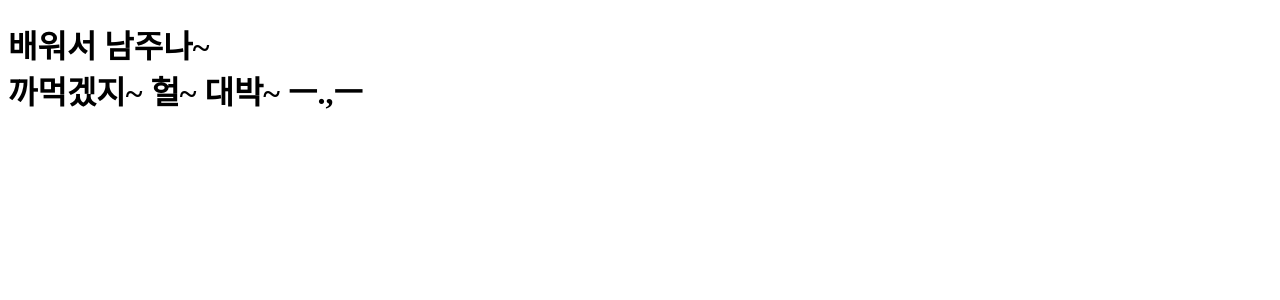
Repository: 10zeroone/study_webbasic
Page: JavaScript/WebContent/task/frameList.html
These files come from the project's save history. The page is drawn as it stood at one moment and after the next save; the edit follows.
The browser window is 1280 px wide. The pictures show the whole page.

Above is the page before, as saved 2014-03-02 23:39:59.

After the next save:
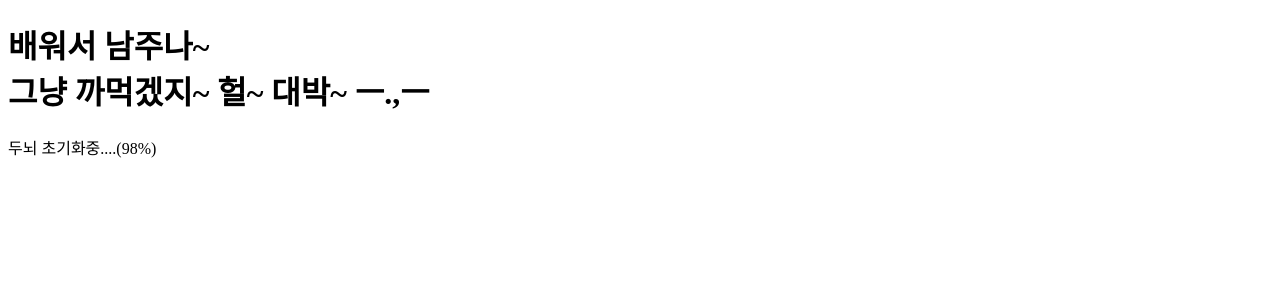
Saved 57 s later.
--- a/JavaScript/WebContent/task/frameList.html
+++ b/JavaScript/WebContent/task/frameList.html
@@ -6,7 +6,7 @@
 </head>
 <body>
 
-  <h1>배워서 남주나~ <br>까먹겠지~ 헐~ 대박~  ㅡ.,ㅡ </h1>
+  <h1>배워서 남주나~ <br>그냥 까먹겠지~ 헐~ 대박~  ㅡ.,ㅡ </h1> 두뇌 초기화중....(98%)
 
 </body>
 </html>
